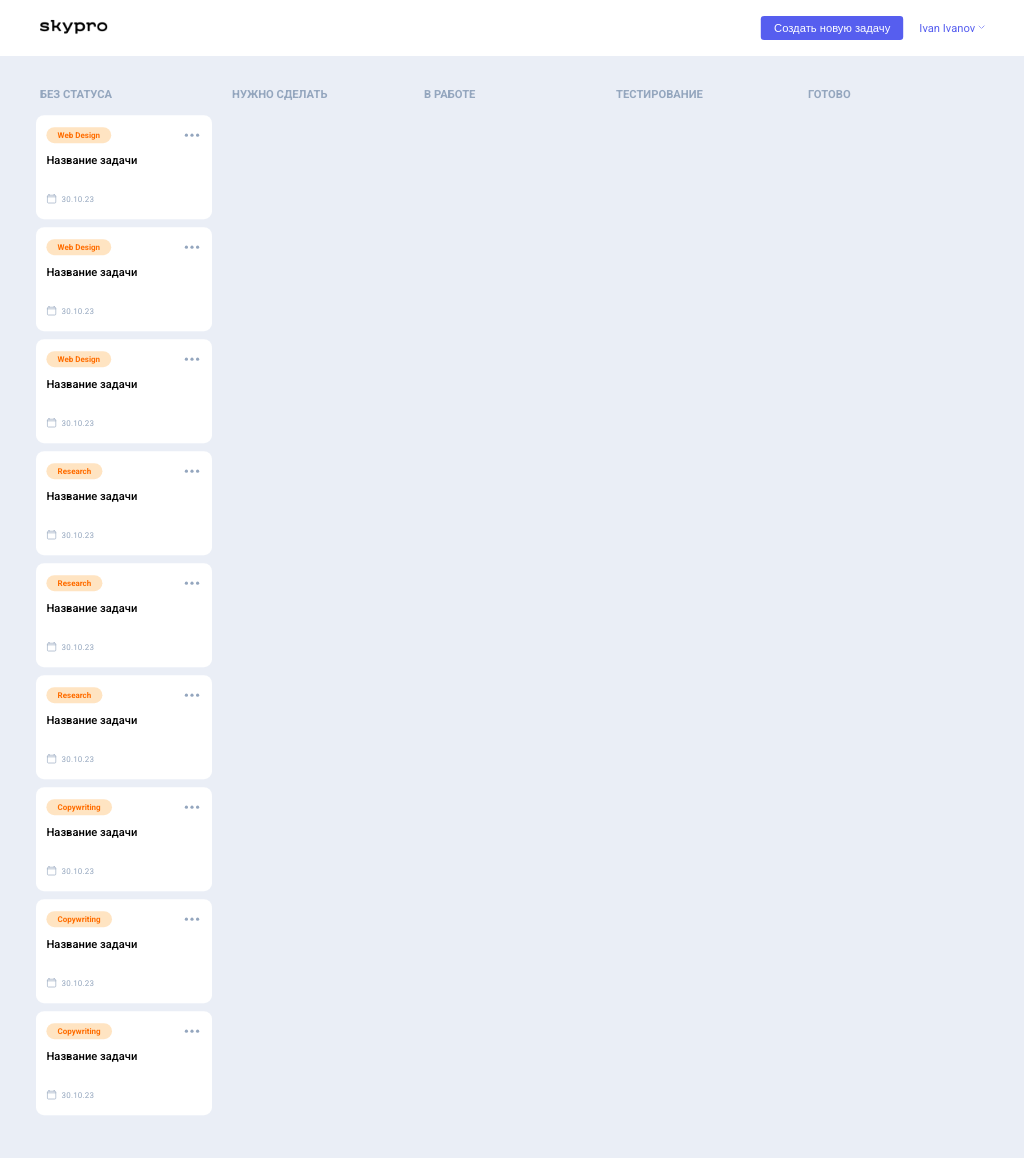
Repository: Olchik-resh/skypro-kanban
Page: /
The author's editor kept a copy of each file at every save. The page is drawn from the files as they stood at one save, then again after the next save.
The browser window is 1280 px wide. The pictures show the whole page, at 80% of full size.
The project was rebuilt for these pictures with package versions that can differ from the ones it lists, and the page was loaded fresh each time. Also part of the build but not shown: vite.config.js.

Above is the page before, as saved 2025-07-27 13:24:51.

After the next save:
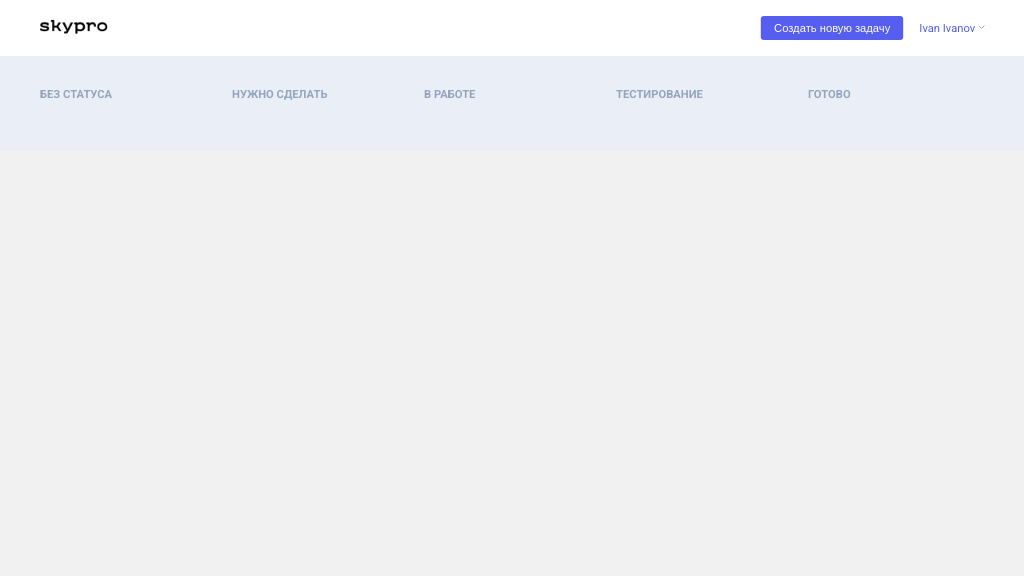
Saved 16 min 15 s later.
--- a/src/components/TaskCard.vue
+++ b/src/components/TaskCard.vue
@@ -56,12 +56,12 @@
 </template>
 
 <script setup>
-import { getTasks } from './mokcs/tasks.js'
-import { onMounted, ref } from 'vue'
-const tasks = ref([])
-onMounted(() => {
-  tasks.value = getTasks()
-});
+// import { getTasks } from './mokcs/tasks.js'
+// import { onMounted, ref } from 'vue'
+// const tasks = ref([])
+// onMounted(() => {
+//   tasks.value = getTasks()
+// });
 defineProps({
   topic: String,
   title: String,

After the save that followed:
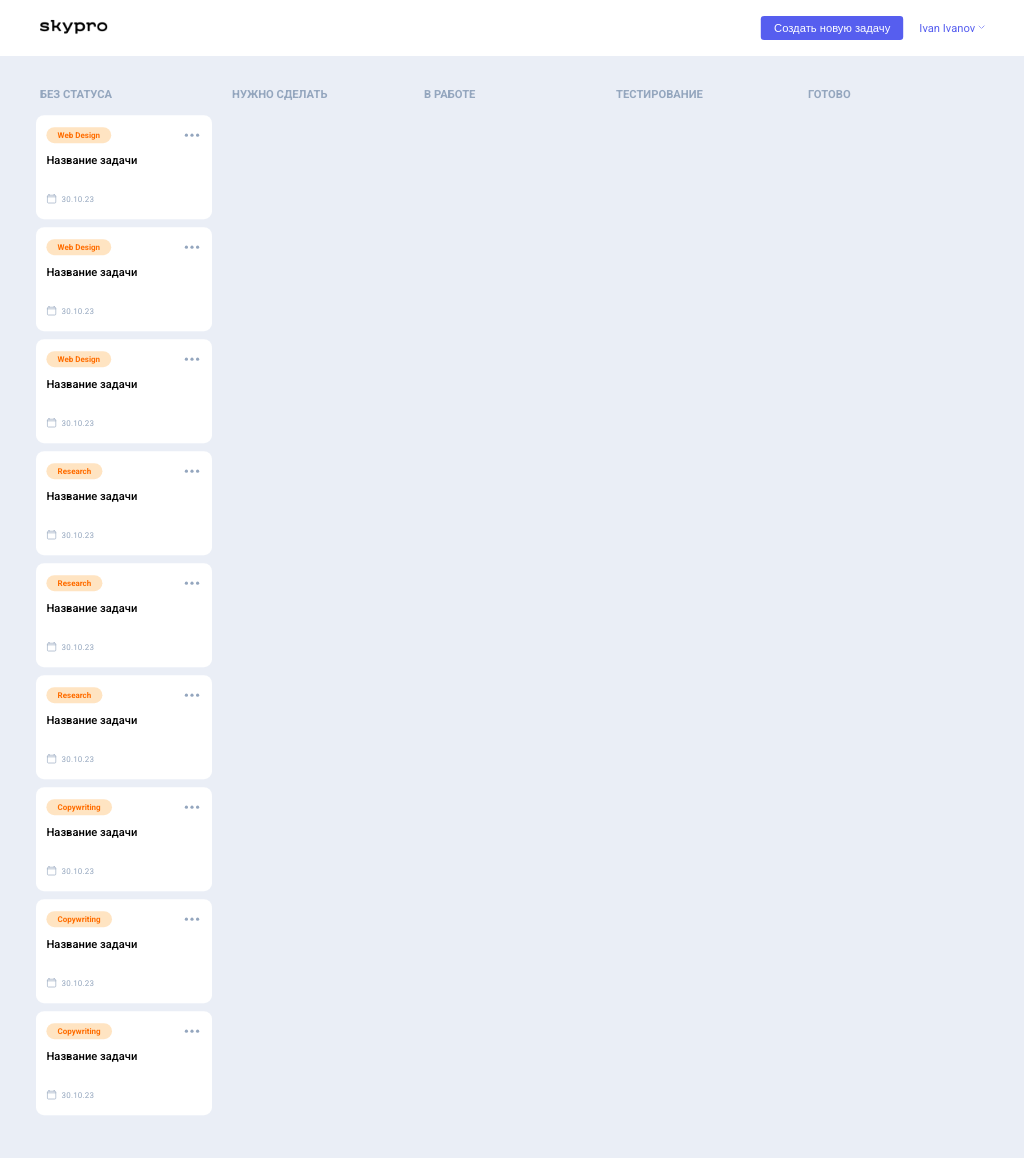
Saved 4 min 18 s later.
--- a/src/components/TaskCard.vue
+++ b/src/components/TaskCard.vue
@@ -56,12 +56,12 @@
 </template>
 
 <script setup>
-// import { getTasks } from './mokcs/tasks.js'
-// import { onMounted, ref } from 'vue'
-// const tasks = ref([])
-// onMounted(() => {
-//   tasks.value = getTasks()
-// });
+import { getTasks } from './mokcs/tasks.js'
+import { onMounted, ref } from 'vue'
+const tasks = ref([])
+onMounted(() => {
+  tasks.value = getTasks()
+});
 defineProps({
   topic: String,
   title: String,
